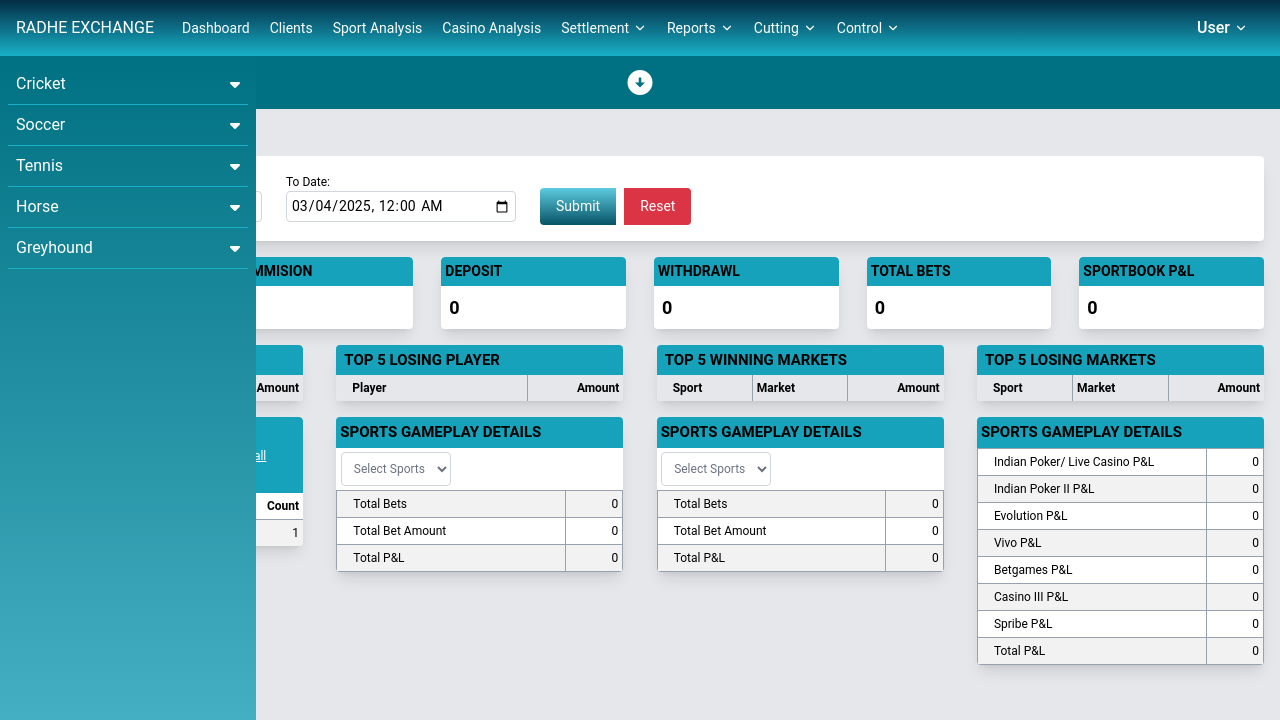
Repository: Habeebur1493/Radhe-Exchange
Page: /dashboard (app in frontend/)
The author's editor kept a copy of each file at every save. The page is drawn from the files as they stood at one save, then again after the next save.
The browser window is 1280 px wide. The pictures show the whole page.
Some web libraries are served in a nearby version. The project was rebuilt for these pictures with package versions that can differ from the ones it lists, and the page was loaded fresh each time. Also part of the build but not shown: frontend/vite.config.js, frontend/src/components/login.jsx, frontend/src/components/Register.jsx.

Above is the page before, as saved 2025-03-05 12:00:40.

### frontend/index.html
<!doctype html>
<html lang="en">
  <head>
    <meta charset="UTF-8" />
    <meta name="viewport" content="width=device-width, initial-scale=1.0" />
    <link
    href="https://cdn.jsdelivr.net/npm/remixicon@4.5.0/fonts/remixicon.css"
    rel="stylesheet"
/>
<link rel="stylesheet" href="https://cdnjs.cloudflare.com/ajax/libs/font-awesome/6.7.2/css/all.min.css" integrity="sha512-Evv84Mr4kqVGRNSgIGL/F/aIDqQb7xQ2vcrdIwxfjThSH8CSR7PBEakCr51Ck+w+/U6swU2Im1vVX0SVk9ABhg==" crossorigin="anonymous" referrerpolicy="no-referrer" />
    <title>Radheexch | Admin</title>

  </head>
  <body>
    <div id="root"></div>
    <script type="module" src="/src/main.jsx"></script>
  </body>
</html>

### frontend/src/App.jsx
import React from "react";
import "./App.css";
import { Navigate, Routes, Route } from "react-router-dom";
import Login from "./components/login";
import Register from "./components/Register";
import Dashboard from "./components/dashboard";

const App = () => {
  return (
    <div>
      <Routes>
        <Route path="/" element={<Navigate to="/login" />} />
        <Route path="/login" element={<Login />} />
        <Route path="/register" element={<Register />} />
        <Route path="/dashboard" element={<Dashboard />} />
      </Routes>
    </div>
  );
};

export default App;

### frontend/src/App.css
@import "tailwindcss";

@import url('https://fonts.googleapis.com/css2?family=Roboto:ital,wght@0,100..900;1,100..900&display=swap');

:root {
    --primary-background: linear-gradient(#022d45, #18b0c7);
    --secondary-background: linear-gradient(#5dcbde, #075366);
    --tertiary-background: linear-gradient(#007182, #4ab4c7);
    --four-background: linear-gradient(#075366, #5dcbde);
}

.main{
    background: var(--primary-background);
    font-family: "Roboto", sans-serif;
}

.btn{
    background: var(--secondary-background);
    font-family: "Roboto", sans-serif;
}

nav{
    background: var(--primary-background);
    font-family: "Roboto", sans-serif;
    font-size: 14px;
}
.dashboard{
    font-family: "Roboto", sans-serif;
    font-size: 14px;
}

.sidebar{
    background: var(--tertiary-background);
    font-family: "Roboto", sans-serif;
    font-size: 14px;
}
.btn1{
    background: var(--secondary-background);
    font-family: "Roboto", sans-serif;
    transition: all 0.3s ease-in-out;
}
.btn1:hover{
    background: var(--four-background);
}

.dash{
    font-family: "Roboto", sans-serif;
    font-size: 14px;
}

### frontend/src/components/dashboard.jsx
import React, { useState } from "react";
import { ChevronDown } from "lucide-react";
import Sidebar from "./Sidebar";
import DashContent from "./DashContent";

const Dashboard = () => {
  const [isDropdownOpen, setIsDropdownOpen] = useState(false);
  const [isOpen, setIsOpen] = useState(false);

  return (
    <div className="dashboard min-h-screen bg-gray-200 overflow-x-hidden">
      {/* Navbar */}
      <nav className="bg-[--primary-background] text-white flex items-center h-14 px-4 shadow-md  ">
  <Sidebar />
  <h1 className="text-[10px] lg:text-[16px]">RADHE EXCHANGE</h1>
  {/* Navbar Links (Now Closer to H1) */}
  <div className="ml-6 flex items-center">
    <ul className="hidden md:flex space-x-3">
      {["Dashboard", "Clients", "Sport Analysis", "Casino Analysis"].map(
        (item) => (
          <li key={item}>
            <a
              href="#"
              className="h-14 flex items-center px-1 hover:bg-[#18b0c7] transition-all duration-200 ease-in-out"
            >
              {item}
            </a>
          </li>
        )
      )}

      {/* Dropdown Menus */}
      {["Settlement"].map((item) => (
        <li key={item} className="relative group lg:block hidden">
          <button className="h-14 flex items-center px-1 hover:bg-[#18b0c7] transition-all duration-200 ease-in-out">
            {item}
            <ChevronDown size={14} className="ml-1" />
          </button>

          {/* Dropdown - Show on Hover but only inside the navbar */}
          <div className="absolute left-0 mt-0 w-40 bg-[#16a2ba] text-white opacity-0 invisible group-hover:opacity-100 group-hover:visible transition-all duration-200 ease-in-out">
            <a
              href="#"
              className="block px-4 py-2 hover:bg-[#107a8d] border-b border-gray-500"
            >
              User
            </a>
            <a href="#" className="block px-4 py-2 hover:bg-[#107a8d]">
              Master
            </a>
          </div>
        </li>
      ))}
      {/* Dropdown Menus */}
      {["Reports"].map((item) => (
        <li key={item} className="relative group lg:block hidden">
          <button className="h-14 flex items-center px-1 hover:bg-[#18b0c7] transition-all duration-200 ease-in-out">
            {item}
            <ChevronDown size={14} className="ml-1" />
          </button>

          {/* Dropdown - Show on Hover */}
          <div className="absolute left-0 mt-0 w-40 bg-[#16a2ba] text-white opacity-0 invisible group-hover:opacity-100 group-hover:visible transition-all duration-200 ease-in-out">
            <a
              href="#"
              className="block px-4 py-2 hover:bg-[#107a8d] border-b-1 border-gray-500"
            >
              User Detail
            </a>
            <a
              href="#"
              className="block px-4 py-2 hover:bg-[#107a8d] border-b-1 border-gray-500"
            >
              Account Satatement
            </a>
            <a
              href="#"
              className="block px-4 py-2 hover:bg-[#107a8d]  border-b-1 border-gray-500"
            >
              Settlement/Balance Report
            </a>
            {/* More Report Links */}
          </div>
        </li>
      ))}
      {/* Dropdown Menus */}
      {["Cutting"].map((item) => (
        <li key={item} className="relative group lg:block hidden">
          <button className="h-14 flex items-center px-1 hover:bg-[#18b0c7] transition-all duration-200 ease-in-out">
            {item}
            <ChevronDown size={14} className="ml-1" />
          </button>

          {/* Dropdown - Show on Hover */}
          <div className="absolute left-0 mt-0 w-40 bg-[#16a2ba] text-white opacity-0 invisible group-hover:opacity-100 group-hover:visible transition-all duration-200 ease-in-out">
            <a
              href="#"
              className="block px-4 py-2 hover:bg-[#107a8d]  border-b-1 border-gray-500"
            >
              Agent Master
            </a>
            <a href="#" className="block px-4 py-2 hover:bg-[#107a8d]">
              Cutting History
            </a>
          </div>
        </li>
      ))}
      {/* Dropdown Menus */}
      {["Control"].map((item) => (
        <li key={item} className="relative group lg:block hidden">
          <button className="h-14 flex items-center px-1 hover:bg-[#18b0c7] transition-all duration-200 ease-in-out">
            {item}
            <ChevronDown size={14} className="ml-1" />
          </button>

          {/* Dropdown - Show on Hover */}
          <div className="absolute left-0 mt-0 w-40 bg-[#16a2ba] text-white opacity-0 invisible group-hover:opacity-100 group-hover:visible transition-all duration-200 ease-in-out">
            <a
              href="#"
              className="block px-4 py-2 hover:bg-[#107a8d]  border-b-1 border-gray-500"
            >
              Game
            </a>
            <a href="#" className="block px-4 py-2 hover:bg-[#107a8d]">
              Casino
            </a>
          </div>
        </li>
      ))}
    </ul>
  </div>

  {/* Move Dashboard Dropdown to the Right */}
  <div className="ml-auto">
    <ul className=" md:flex text-sm font-medium">
      <li className="relative">
        <button
          onClick={() => setIsDropdownOpen(!isDropdownOpen)}
          className="flex items-center space-x-1 focus:outline-none px-4 h-14 text-[12px] lg:text-[16px]"
        >
          <span>User</span>
          <ChevronDown size={14} />
        </button>

        {/* Dropdown Menu - Shows on Click */}
        {isDropdownOpen && (
        <div className="absolute h-20 right-5 w-42 bg-white text-gray-800 rounded-sm z-50">
        <a href="#" className="block px-4 py-2 hover:bg-[#5dcbde]">
          <span>
            <i className="fa-solid fa-arrow-right-long"></i>
          </span>{" "}
          Change Password
        </a>
        <a href="#" className="block px-4 py-2 hover:bg-[#5dcbde]">
          <span>
            <i className="fa-solid fa-arrow-right-long"></i>
          </span>{" "}
          Log Out
        </a>
      </div>

        )}
      </li>
    </ul>
  </div>
</nav>


      {/* Header */}
      <header className="bg-[#007182] p-1  ">
        {/* Dropdown Toggle */}
        <div
          className="cursor-pointer flex items-center justify-center"
          onClick={() => setIsOpen(!isOpen)}
        >
          <i
            className={`ri-arrow-down-circle-fill text-white lg:text-[30px] text-[20px]  transition-transform ${
              isOpen ? "rotate-180" : ""
            }`}
          ></i>
        </div>

        {/* Dropdown Content */}
        {isOpen && (
          <div className="bg-[#007182] transition-all duration-300 pb-1 px-4">
          <div className="grid grid-cols-2 gap-4 sm:grid-cols-2 lg:flex lg:justify-evenly items-center text-white text-[10px] sm:text-[12px] lg:text-[14px] w-full mr-4">

            <div className="flex flex-col text-center gap-2 w-full sm:w-1/2 lg:w-auto">
              <h4 className="flex justify-between">
                User ID: <span className="ml-2">776demo</span>
              </h4>
              <h4 className="flex justify-between">
                User Type: <span className="ml-2">Admin</span>
              </h4>
            </div>

            <div className="flex flex-col text-center gap-2 w-full sm:w-1/2 lg:w-auto">
              <h4 className="flex justify-between">
                Given Bal: <span className="text-[#20fa5e] ml-2">1000.00</span>
              </h4>
              <h4 className="flex justify-between">
                Available: <span className="text-[#20fa5e] ml-2">500.00</span>
              </h4>
            </div>

            <div className="flex flex-col text-center gap-2 w-full sm:w-1/2 lg:w-auto">
              <h4 className="flex justify-between">
                Up Line: <span className="lg:ml-6">0</span>
              </h4>
              <h4 className="flex justify-between">
                Down Line: <span className="lg:ml-2">0</span>
              </h4>
            </div>

            <div className="flex flex-col text-center gap-2 w-full sm:w-1/2 lg:w-auto">
              <h4 className="flex justify-between">
                Current P&L: <span className="lg:ml-2">0</span>
              </h4>
              <h4 className="flex justify-between">
                Exposure: <span className="lg:ml-8">0</span>
              </h4>
            </div>

            <div className="flex flex-col text-center gap-2 w-full sm:w-1/2 lg:w-auto lg:mb-7 lg:pl-10">
              <h4 className="flex justify-between">
                My P&L: <span className="lg:ml-10">0</span>
              </h4>
            </div>

          </div>
        </div>

        )}
      </header>
      <DashContent />
    </div>
  );
};

export default Dashboard;

### frontend/src/components/Sidebar.jsx
import React, { useState } from "react";
import { Link } from "react-router-dom";

const Sidebar = () => {
  const [isOpen, setIsOpen] = useState(false);
  const [dropdowns, setDropdowns] = useState({});
  const [nestedDropdowns, setNestedDropdowns] = useState({});

  const toggleDropdown = (category) => {
    setDropdowns((prev) => ({ ...prev, [category]: !prev[category] }));
  };

  const toggleNestedDropdown = (item) => {
    setNestedDropdowns((prev) => ({ ...prev, [item]: !prev[item] }));
  };

  const menuItems = [
    {
      key: "cricket",
      label: "Cricket",
      items: [
        {
          title: "ICC Champions Trophy",
          subItems: ["India v Australia", "England v South Africa", "South Africa v New Zealand"],
        },
        {
          title: "Women's Premier League",
          subItems: ["Women's Premier League", "Up Warriorz W v Mumbai Indians W", "Gujarat Giants W v Delhi Capitals W"],
        },
        {
          title: "International T20 Masters League",
          subItems: ["Sri Lanka Masters v West Indies Masters", "India Masters v Australia Masters"],
        },
      ],
    },
    {
      key: "soccer",
      label: "Soccer",
      items: [
        {
          title: "League 1",
          subItems: ["Team A v Team B", "Team C v Team D"],
        },
        {
          title: "League 2",
          subItems: ["Match 3", "Match 4"],
        },
      ],
    },
    {
      key: "tennis",
      label: "Tennis",
      items: [
        {
          title: "Grand Slam",
          subItems: ["Final Match", "Semi Final"],
        },
        {
          title: "ATP Finals",
          subItems: ["Quarter Final", "Round of 16"],
        },
      ],
    },
    {
      key: "Horse",
      label: "Horse",
      items: [
        {
          title: "Grand Prix",
          subItems: ["Final Match", "Semi Final"],
        },
        {
          title: "ATP Finals",
          subItems: ["Quarter Final", "Round of 16"],
        },
      ],
    },
    {
      key: "Greyhound",
      label: "Greyhound",
      items: [
        {
          title: "Grand Prix",
          subItems: ["Final Match", "Semi Final"],
        },
        {
          title: "ATP Finals",
          subItems: ["Quarter Final", "Round of 16"],
        },
      ],
    },
  ];

  return (
    <div className="relative">
      {/* Menu Icon */}
      <button
        onClick={() => setIsOpen(!isOpen)}
        className="p-2 text-[14px] md:hidden" // Show menu icon on mobile only
      >
        <i className="fa-solid fa-bars"></i>
      </button>

      {/* Sidebar */}
      <div
        className={`sidebar fixed top-0 left-0 h-full w-50 lg:w-64 md:w-80 mt-14 bg-[--tertiary-background] text-white transition-transform duration-300 ${
          isOpen ? "translate-x-0" : "-translate-x-full"
        } md:translate-x-0`} // Remove translation on desktop view
      >
        <ul className="p-2 text-[12px] lg:text-[16px]">
          {menuItems.map(({ key, label, items }) => (
            <li key={key} className="cursor-pointer">
              {/* Main Category */}
              <div
                className="flex justify-between items-center w-full p-2 hover:bg-[#5dcbde] transition-all border-b border-[#18b0c7]"
                onClick={() => toggleDropdown(key)}
              >
                {label}{" "}
                <i
                  className={`fa-solid fa-caret-${dropdowns[key] ? "up" : "down"}`}
                ></i>
              </div>

              {/* First-level Dropdown */}
              <ul
                className={`overflow-hidden text-[11px] bg-[#d2dcf7] text-black transition-all duration-300 ${
                  dropdowns[key] ? "max-h-[1000px] opacity-100" : "max-h-0 opacity-0"
                }`}
              >
                {items.map(({ title, subItems }, index) => (
                  <li key={index} className="pl-6 pr-2 py-2">
                    {/* Square Plus/Minus Icon */}
                    <button
                      onClick={() => toggleNestedDropdown(title)}
                      className="mr-2"
                    >
                      <i
                        className={`fa-solid fa-${
                          nestedDropdowns[title] ? "square-minus" : "square-plus"
                        } text-lg`}
                      ></i>
                    </button>
                    {title}

                    {/* Nested Dropdown */}
                    <ul
                      className={`overflow-hidden transition-all duration-300 ${
                        nestedDropdowns[title] ? "max-h-[1000px] opacity-100 pl-6" : "max-h-0 opacity-0"
                      }`}
                    >
                      {subItems.map((subItem, subIndex) => (
                        <li key={subIndex} className="text-black py-1 flex items-center">
                          <i className="fa-solid fa-square-xmark mr-2"></i>
                          <Link to={`/${key}/${title}/${subItem}`} className="cursor-pointer">
                            {subItem}
                          </Link>
                        </li>
                      ))}
                    </ul>
                  </li>
                ))}
              </ul>
            </li>
          ))}
        </ul>
      </div>
    </div>
  );
};

export default Sidebar;

Loaded but not shown: frontend/src/main.jsx (common file); frontend/src/components/DashContent.jsx (344 lines, source omitted)

After the next save:
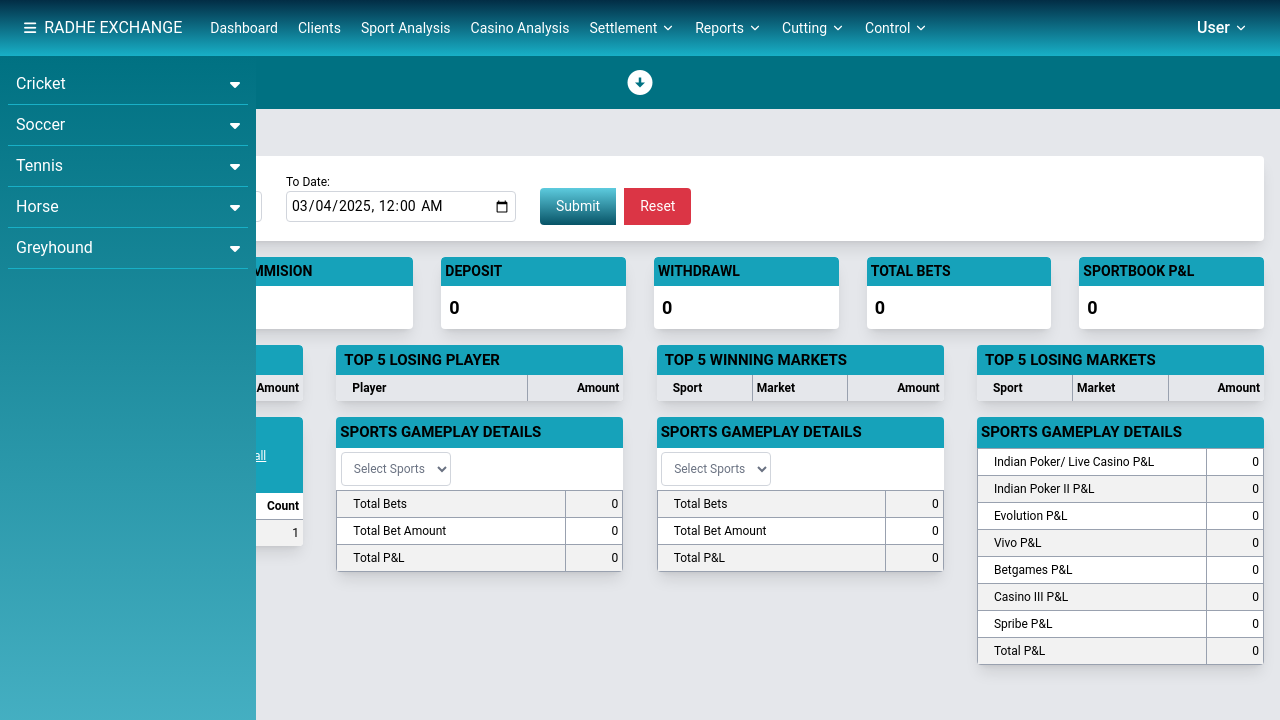
Saved 11 s later.
--- a/frontend/src/components/Sidebar.jsx
+++ b/frontend/src/components/Sidebar.jsx
@@ -96,7 +96,7 @@ const Sidebar = () => {
       {/* Menu Icon */}
       <button
         onClick={() => setIsOpen(!isOpen)}
-        className="p-2 text-[14px] md:hidden" // Show menu icon on mobile only
+        className="p-2 text-[14px] " // Show menu icon on mobile only
       >
         <i className="fa-solid fa-bars"></i>
       </button>
